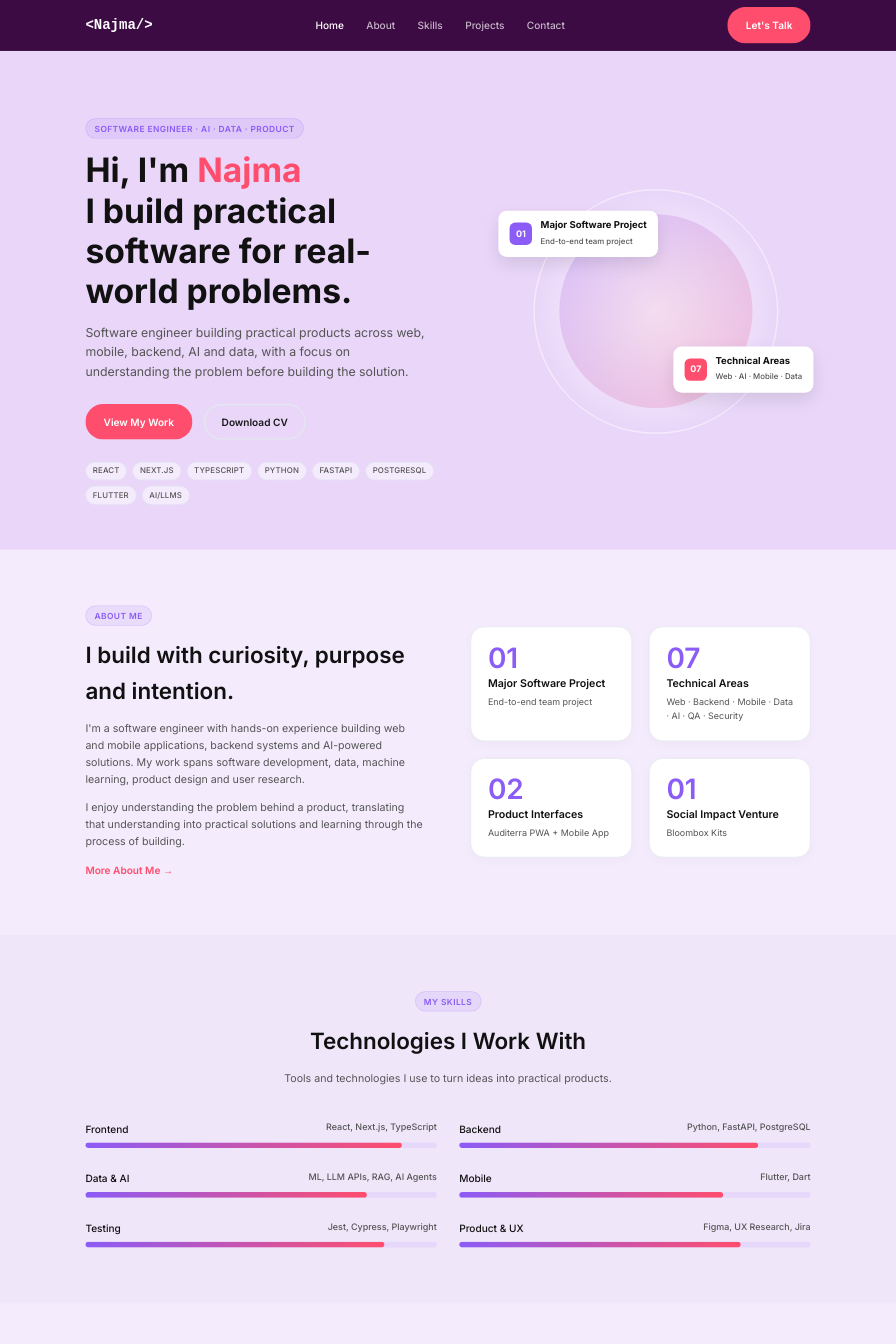
Repository: najmahares/portfolio
Page: index.html
The author's editor kept a copy of each file at every save. The page is drawn from the files as they stood at one save, then again after the next save.
The browser window is 1280 px wide. The pictures show the part of the page from y = 0 to 1920 px (the page is 3272 px tall before and 3633 px after), at 70% of full size.

Above is the page before, as saved 2026-09-19 06:05:06.

After the next save:
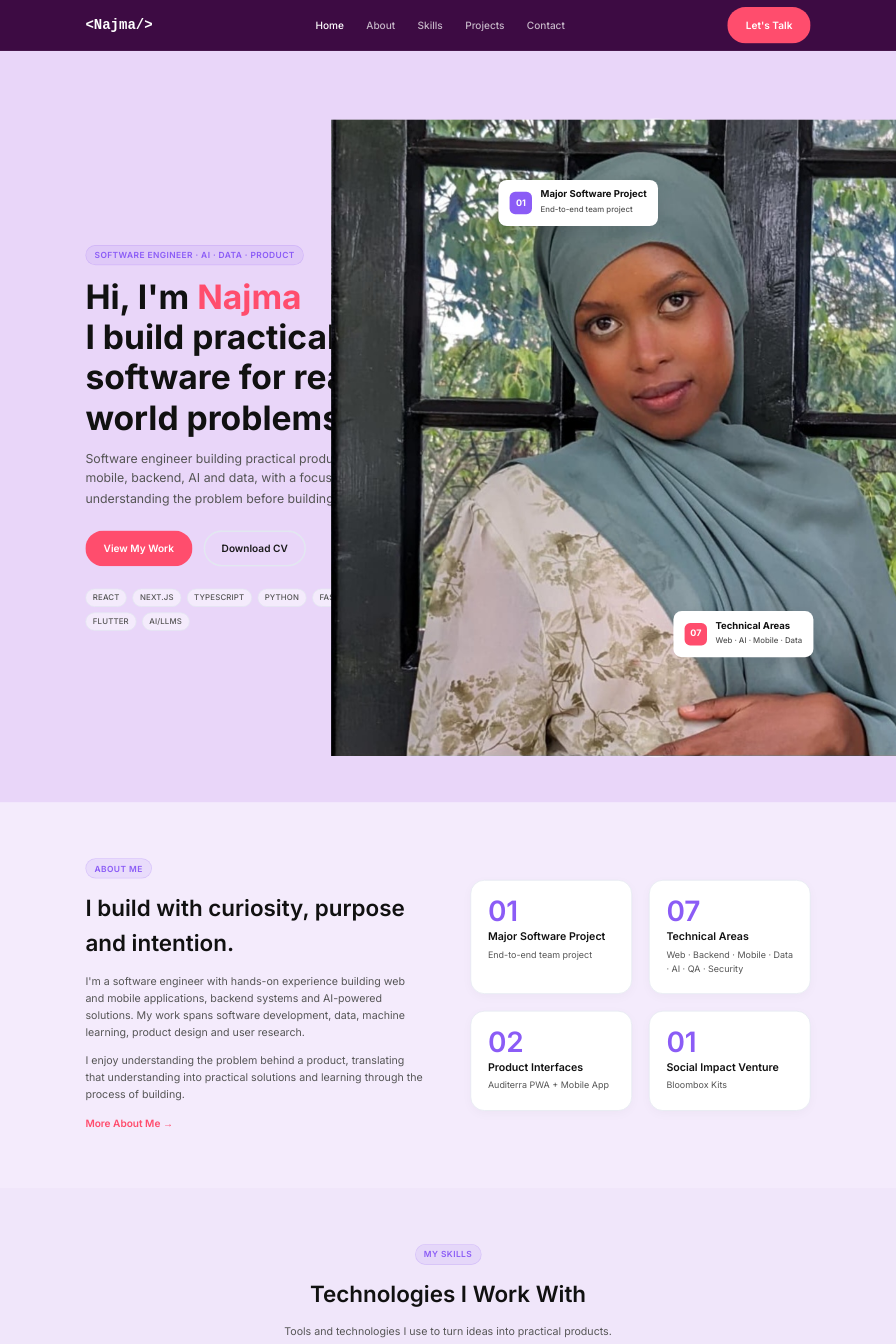
Saved 3 min 51 s later.
--- a/index.html
+++ b/index.html
@@ -65,7 +65,11 @@
         </div>
         <div class="hero-image-wrapper reveal">
           <div class="avatar-graphic tilt-card">
-            <div class="avatar-inner"></div>
+            <img
+              src="assets/portfolio_image.jpg"
+              alt="Najma Hares"
+              class="hero-img"
+            />
             <div class="floating-stat float-1">
               <div class="stat-icon bg-purple">01</div>
               <div>
